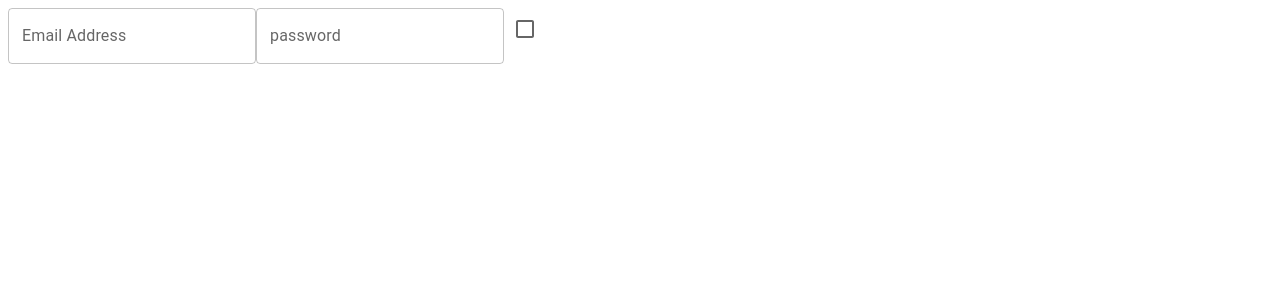
Repository: chlwpdnswku/nextjsportpolioclone
Page: /
The author's editor kept a copy of each file at every save. The page is drawn from the files as they stood at one save, then again after the next save.
The browser window is 1280 px wide. The pictures show the whole page.
The project was rebuilt for these pictures with package versions that can differ from the ones it lists, and the page was loaded fresh each time. The framework's server and built-in components were replaced by stand-ins that run in the browser. Also part of the build but not shown: next.config.js.

Above is the page before, as saved 2022-08-05 16:37:42.

After the next save:
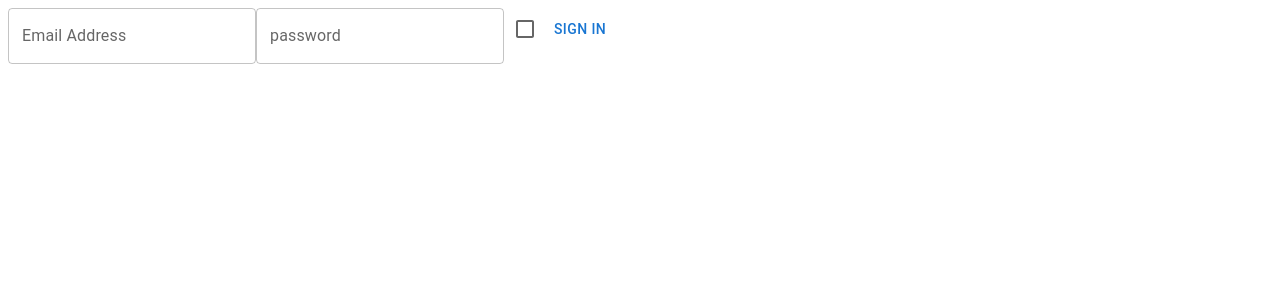
Saved 10 s later.
--- a/pages/index.tsx
+++ b/pages/index.tsx
@@ -12,7 +12,7 @@ const Home: NextPage = () => {
       <TextField label='Email Address' />
       <TextField label='password' type='password' />
       <Checkbox value='remember' color='primary' />
-      <Button type='submit' />
+      <Button type='submit'>SIGN In</Button>
     </>
   );
 };
